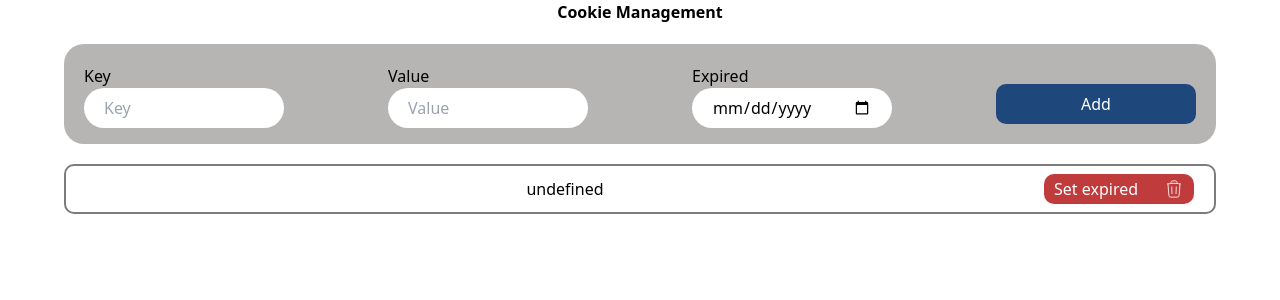
Repository: Sarah7223/internet-programming-tp
Page: TP3/TP03.3.html
These files come from the project's save history. The page is drawn as it stood at one moment and after the next save; the edit follows.
The browser window is 1280 px wide. The pictures show the whole page.
Some web libraries are served in a nearby version.

Above is the page before, as saved 2023-01-13 17:41:47.

### TP3/TP03.3.html
<!DOCTYPE html>
<html lang="en">

<head>
    <style>
        .background {
            display:flex;
            width: 100%;
            height: 100%;
            margin: auto;
            flex-direction: column;
            justify-content: center;
            align-items: center;

        }
        .title{
            align-items: center;
        }
        .pannel{
            margin-top:20px;
            display:flex;
            width: 90%;
            height: 100px;
            background-color: rgb(183, 180, 180);
            border-radius:20px;
            flex-direction: row;
            justify-content: space-between;
            padding:20px;

        }
        .column{
             display:flex;
             flex-direction: column;
        }
        .list-wrapper{
            display:flex;
            flex-direction: column;
            width: 100%;
            justify-content: center;
            align-items: center;
        }
        input{
             border-radius:20px;
             width: 200px;
             height: 40px;
             padding:20px;
        }
        .but1{
            display:flex;
            align-self: flex-end;
            background-color: rgb(30, 72, 124);
            height: 40px;
            width: 200px;
            border-radius:10px;
            color: white;
            text-align: center;
            justify-content: center;

        }
        .line{
            width: 90%;
            height: 50px;
            display:flex;
            flex-direction: row;
            justify-content: space-between;
            align-items: center;
            padding:20px;
            border-radius:10px;
            margin: 20px;
            border: 2px solid #7c7c7e;

        }
        div{
            display: flex;
        }
        .trash{
            display:flex;
            flex-direction: row;
            color:white;
            background-color: rgb(192, 60, 60);
            width: 150px;
            height: 30px;
            padding: 10px;
            border-radius:10px;
            justify-content: space-between;
            align-items: center;
        }


    </style>
</head>

<body>

   <div class="background">
        <div class=" font-bold title">
            Cookie Management
        </div>
        <div class="pannel">
            <div class="column">
                Key
                <input id="task" style="padding:20px;" type="text" placeholder="Key"/>
            </div>
            <div class="column">
                Value
                <input id="assignee" style="padding:20px;" type="text" placeholder="Value"/>
            </div>
            <div class="column">
                Expired
                <input id="date" style="padding:20px;" type="date"/>
            </div>
            <div class="column but1">
                <button onclick="addCookie()" id="add" type="button">Add</button>
            </div>
        </div>

        <div class="list-wrapper" id="list-wrapper">

        </div>


   </div>

   <script src="https://cdn.tailwindcss.com"></script>
    <script>

        let listWrapperEle = document.getElementById("list-wrapper");

        function addCookie(){
            console.log(document.cookie);
            var myobject = {key: document.getElementById("task").value , value:document.getElementById("assignee").value, expiration_date: document.getElementById("date").value};
            var d= new Date(myobject.expiration_date);
            let expires = "expires="+ d.toUTCString();
            console.log(expires);
            document.cookie = myobject.key + "=" + myobject.value + ";" + expires + ";path=/";
            console.log(document.cookie);
            renderList();
        }

        function remove(key){
            console.log("c bien appuyé");
            console.log(key);

            document.cookie = key+"=; expires=Thu, 01 Jan 1970 00:00:00 UTC; path=/;";
            renderList();

        }


        function renderList(){
            let taskArr = [];
            //create the array with the object saved in the local storage
            var theCookies = document.cookie.split(';');
            for (var i = 0 , len =theCookies.length; i < len;  i++) {
                console.log( theCookies[i] );
                //fdf=fg
                const parts = theCookies[i].split('=');
                console.log(parts[0]);
                console.log(parts[1]);
                taskArr.push({key:parts[0],value:parts[1]});
            }
            var listContent="";
            taskArr.forEach(taskArr => {
                listContent+= `
                <div class="line">
                    <div> ${taskArr.key} </div>
                    <div> ${taskArr.value} </div>
                    <div class="trash" onclick="remove('${taskArr.key}')" >
                        Set expired
                        <svg style="height:20px;" xmlns="http://www.w3.org/2000/svg" fill="none" viewBox="0 0 24 24" strokeWidth={1.5} stroke="currentColor" className="w-6 h-6">
                            <path strokeLinecap="round" strokeLinejoin="round" d="M14.74 9l-.346 9m-4.788 0L9.26 9m9.968-3.21c.342.052.682.107 1.022.166m-1.022-.165L18.16 19.673a2.25 2.25 0 01-2.244 2.077H8.084a2.25 2.25 0 01-2.244-2.077L4.772 5.79m14.456 0a48.108 48.108 0 00-3.478-.397m-12 .562c.34-.059.68-.114 1.022-.165m0 0a48.11 48.11 0 013.478-.397m7.5 0v-.916c0-1.18-.91-2.164-2.09-2.201a51.964 51.964 0 00-3.32 0c-1.18.037-2.09 1.022-2.09 2.201v.916m7.5 0a48.667 48.667 0 00-7.5 0" />
                        </svg>
                    </div>
                </div>
                `;
            });
            document.getElementById("list-wrapper").innerHTML = listContent;
        }
        renderList();

    </script>
</body>


</html>

After the next save:
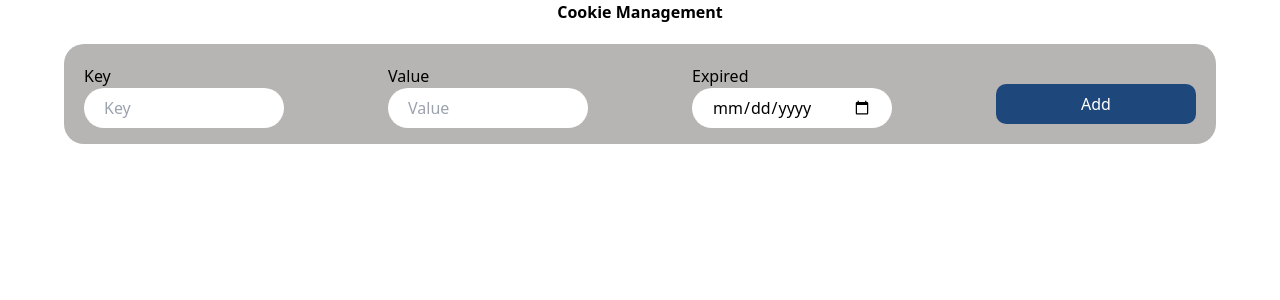
Saved 17 h 6 min later.
--- a/TP3/TP03.3.html
+++ b/TP3/TP03.3.html
@@ -154,10 +154,13 @@
             for (var i = 0 , len =theCookies.length; i < len;  i++) {
                 console.log( theCookies[i] );
                 //fdf=fg
-                const parts = theCookies[i].split('=');
-                console.log(parts[0]);
-                console.log(parts[1]);
-                taskArr.push({key:parts[0],value:parts[1]});
+                if(theCookies[i]!=""){
+                    const parts = theCookies[i].split('=');
+                    console.log(parts[0]);
+                    console.log(parts[1]);
+                    taskArr.push({key:parts[0],value:parts[1]});
+                }
+
             }
             var listContent="";
             taskArr.forEach(taskArr => {
